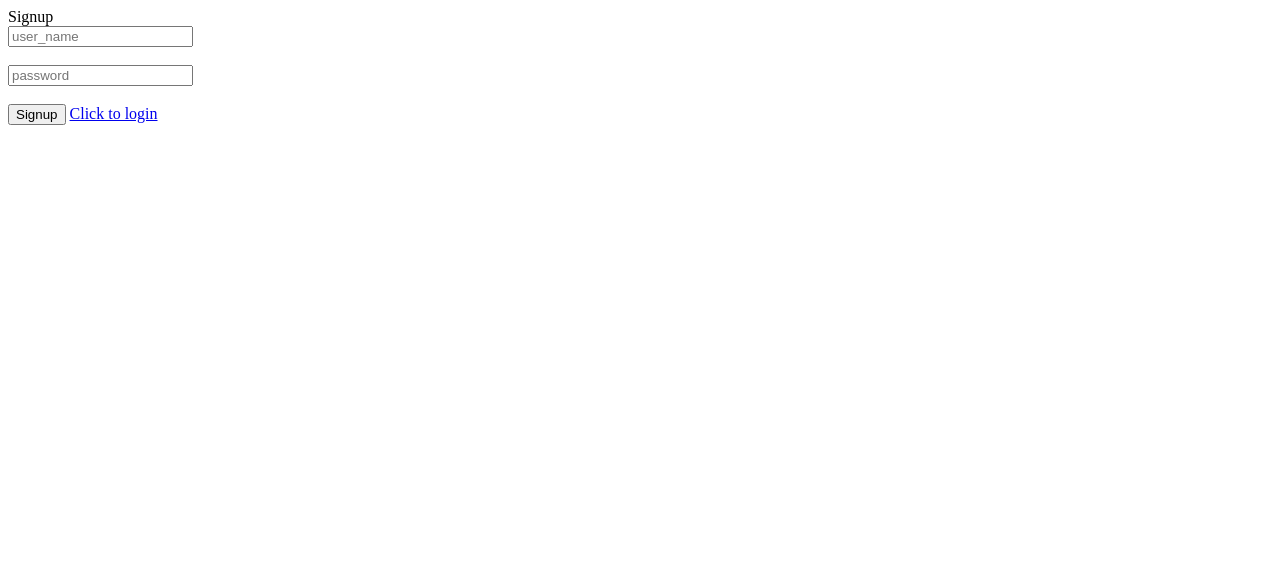
Repository: prathyushaa5/artgallery
Page: http://localhost/index/signup.php
These files come from the project's save history. The page is drawn as it stood at one moment and after the next save; the edit follows.
The browser window is 1280 px wide. The pictures show the whole page.
The page is run by PHP 8.4 with error messages shown; the project is at /var/www/html/.

Above is the page before, as saved 2023-11-16 13:55:42.

After the next save:
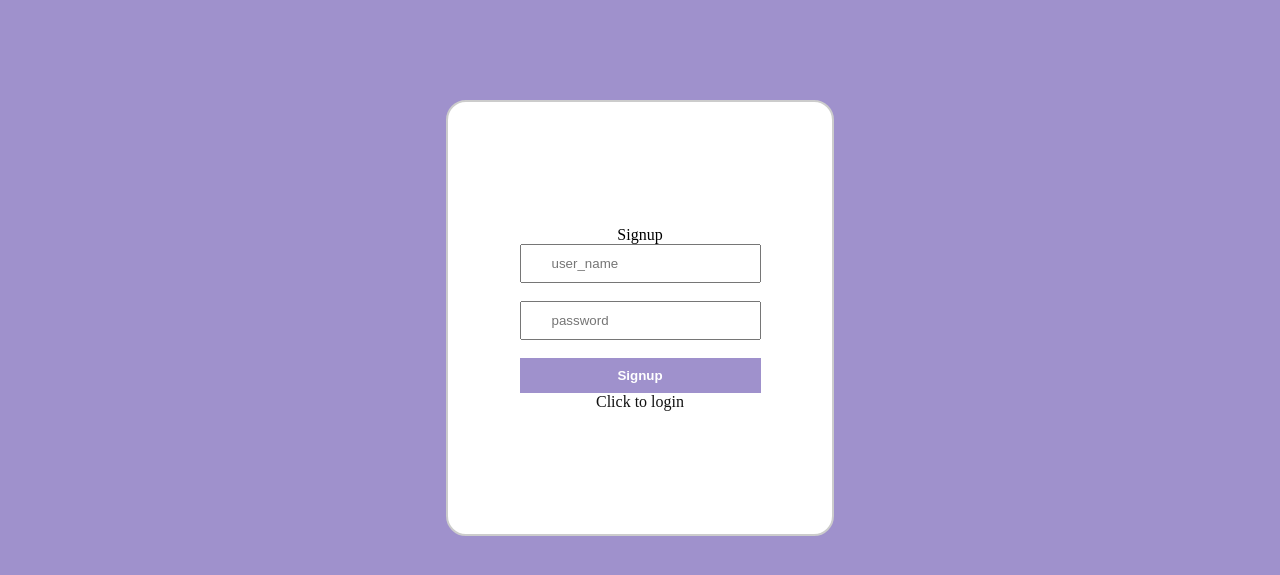
Saved 113 s later.
--- a/index/signup.php
+++ b/index/signup.php
@@ -30,6 +30,7 @@ session_start();
     <meta charset="UTF-8">
     <meta name="viewport" content="width=device-width, initial-scale=1.0">
     <title>Signup</title>
+    <link rel="stylesheet" href="../index/style.css">
 </head>
 <body>
     <div class="box">
